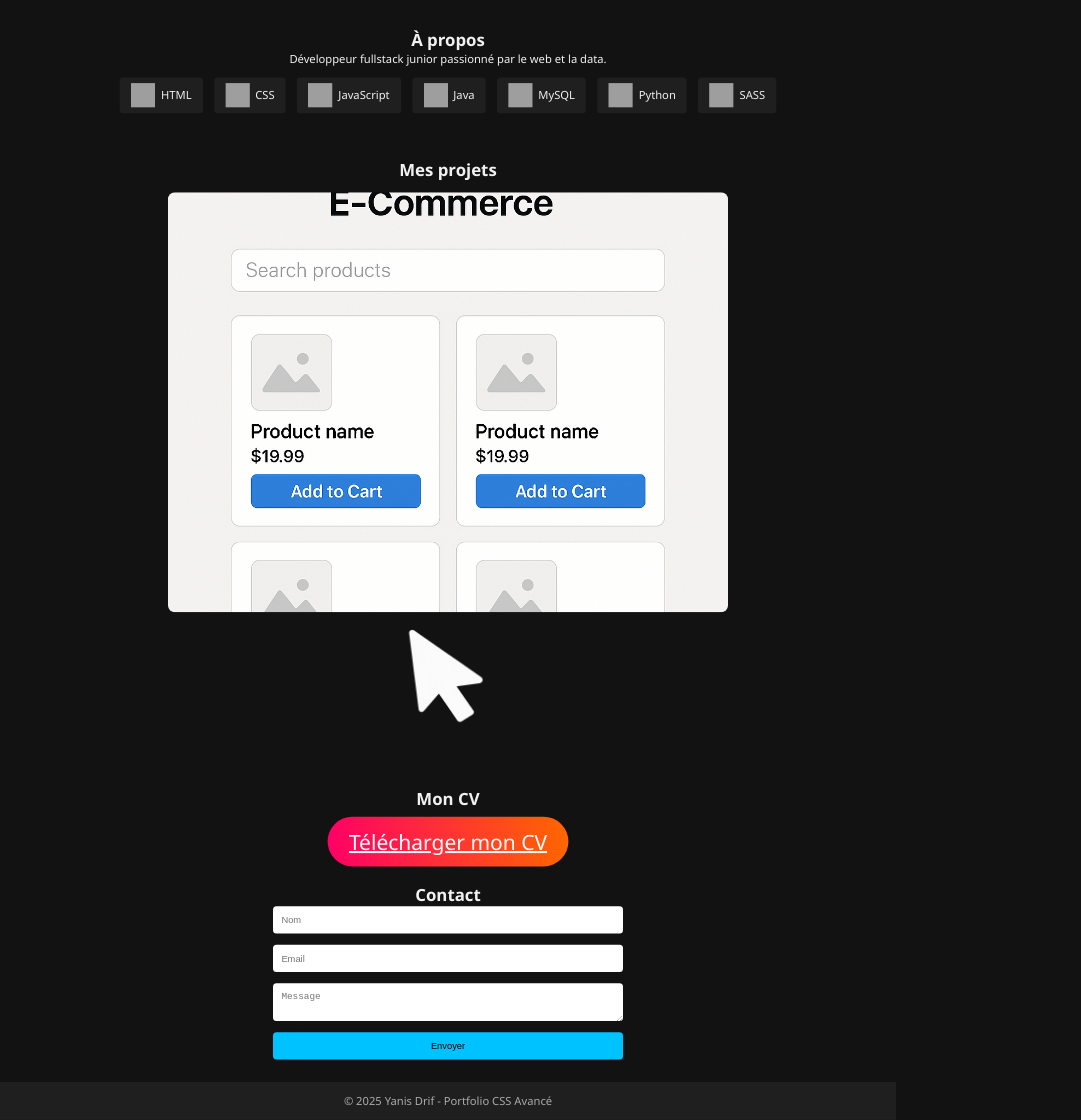
Repository: Yxniiss/ProjetCssAvance
Page: OneDrive/Bureau/Portfolio DrifYanis/home.html
These files come from the project's save history. The page is drawn as it stood at one moment and after the next save; the edit follows.
The browser window is 1280 px wide. The page is 1544 px wide, so the pictures cover 1544 px, including what lies to the right of the window. The pictures show the part of the page from y = 824 to 2424 px (the page is 2424 px tall), at 70% of full size.
Pictures or frames that could not be fetched are drawn as grey boxes.

Above is the page before, as saved 2025-04-10 11:36:18.
Console error: TypeError: Cannot set properties of null (setting 'textContent')

### OneDrive/Bureau/Portfolio DrifYanis/home.html
<!DOCTYPE html>
<html lang="fr">
<head>
  <meta charset="UTF-8" />
  <meta name="viewport" content="width=device-width, initial-scale=1.0" />
  <title>Portfolio - Yanis Drif</title>
  <link rel="stylesheet" href="/style.css" />
  <script defer src="/script.js"></script>
</head>
<body>
  <nav class="navbar">
    <div class="logo">Yanis Drif</div>
    <ul class="nav-links">
      <li><a href="#apropos">À propos</a></li>
      <li><a href="#projets">Projets</a></li>
      <li><a href="#cv">CV</a></li>
      <li><a href="#contact">Contact</a></li>
    </ul>
  </nav>

  <header class="hero">
    <img src="/image/IMG_0965 (2).jpeg" alt="Photo de profil" class="hero__image" />
    <div class="hero__content">
      <h1 class="hero__name">Yanis Drif</h1>
      <p class="hero__tagline">Développeur <span>Web</span> & Passionné de Data</p>
      <p class="hero__desc">Musique 🎧 | Jeux Vidéo 🎮 | Basket 🏀</p>
      <a href="#projets" class="btn">Voir mes projets</a>
    </div>
  </header>

  <section id="apropos" class="section about">
    <h2>À propos</h2>
    <p>Développeur fullstack junior passionné par le web et la data.</p>
    <div class="skills">
      <div class="skill"><img src="https://devicon-website.vercel.app/api/html5/original-wordmark.svg" alt="HTML">HTML</div>
      <div class="skill"><img src="https://devicon-website.vercel.app/api/css3/original-wordmark.svg" alt="CSS">CSS</div>
      <div class="skill"><img src="https://devicon-website.vercel.app/api/javascript/original.svg" alt="JavaScript">JavaScript</div>
      <div class="skill"><img src="https://devicon-website.vercel.app/api/java/original-wordmark.svg" alt="Java">Java</div>
      <div class="skill"><img src="https://devicon-website.vercel.app/api/mysql/plain-wordmark.svg" alt="MySQL">MySQL</div>
      <div class="skill"><img src="https://devicon-website.vercel.app/api/python/original-wordmark.svg" alt="Python">Python</div>
      <div class="skill"><img src="https://devicon-website.vercel.app/api/sass/original.svg" alt="SASS">SASS</div>
    </div>
  </section>

  <section id="projets" class="section projets">
    <h2>Mes projets</h2>
    <div class="projects carousel">
      <img src="image/ChatGPT Image 10 avr. 2025, 11_03_09.png" alt="Projet 1"/>
      <img src="/image/ChatGPT Image 10 avr. 2025, 11_09_31.png" alt="Projet 2" />
      <img src="/image/ChatGPT Image 10 avr. 2025, 11_11_38.png" alt="Projet 3" />
    </div>
    <div class="cursor2">
      <img src="/image/fecd8f8b-00be-49a2-b5b1-3fb5a8c2059e.png">
    </div>
  </section>

  <section id="cv" class="section cv">
    <h2>Mon CV</h2>
    <a href="/doc/CV Yanis (1) (1).pdf" download class="btn2">Télécharger mon CV</a>
  </section>

  <section id="contact" class="section contact">
    <h2>Contact</h2>
    <form class="contact-form">
      <input type="text" placeholder="Nom" required />
      <input type="email" placeholder="Email" required />
      <textarea placeholder="Message" required></textarea>
      <button type="submit">Envoyer</button>
    </form>
  </section>

  <footer>
    <p>&copy; 2025 Yanis Drif - Portfolio CSS Avancé</p>
  </footer>
</body>
</html>

### OneDrive/Bureau/Portfolio DrifYanis/style.css
* {
    margin: 0;
    padding: 0;
    box-sizing: border-box;
  }

  body {
    font-family: "Segoe UI", sans-serif;
    background-color: #121212;
    color: #f1f1f1;
  }


  .navbar {
    display: flex;
    justify-content: space-between;
    padding: 1rem 2rem;
    background-color: #1f1f1f;
  }

  .nav-links {
    display: flex;
    list-style: none;
    gap: 1.5rem;
  }

  .nav-links a {
    color: #00c2ff;
    text-decoration: none;
  }

  .hero {
    padding: 3rem 1rem;
    text-align: center;

  }

  .hero__name{
    position: relative;
    left: 280px;
    bottom:500px;

  }

  .hero__tagline{
    position: relative;
    left:280px;
    bottom:490px;
  }

  .hero__desc{
    position: relative;
    left:280px;
    bottom:490px;}

  .hero__image {
    border-radius: 25%;
    width: 400px;
    border: 1px solid #ffffff;
    margin-bottom: 1rem;
    position: relative;
    right:500px ;
  }

  .section {
    padding: 2rem 1rem;
    text-align: center;
  }

  .projects {
    display: flex;
    justify-content: center;
    gap: 1rem;
    flex-wrap: wrap;
    margin-top: 1rem;
  }

  .projects img {
    width: 800px;
    height: 600px;
    -o-object-fit: cover;
       object-fit: cover;
    border-radius: 10px;
  }

  .cursor2 img{
    width: 180px;
  }

  .skills {
    display: flex;
    flex-wrap: wrap;
    gap: 1rem;
    justify-content: center;
    margin-top: 1rem;
  }

  .skill {
    display: flex;
    align-items: center;
    gap: 0.5rem;
    background-color: #1f1f1f;
    padding: 0.5rem 1rem;
    border-radius: 5px;
    transition: 0.3s ease, opacity 0.3s ease;
  }

  .skill:hover{
    transform: scale(1.2);
    opacity: 0.8;
  }

  .skill img {
    width: 35px;
    height: 35px;
  }

  footer {
    padding: 1rem;
    text-align: center;
    background-color: #1f1f1f;
    color: #aaa;
  }

  .btn {
    padding: 15px 30px;
    font-size: 30px;
    position: relative;
    left: 300px;
    bottom:150px;
    color:white;
    background: linear-gradient(90deg, #ff0066, #ff6600);
    border:none;
    border-radius: 50px;
    cursor: pointer;
    box-shadow: 0 4px 15px rgba(255,0,102,0);
    transition: box-shadow 0.3s ease, transform 0.3s ease;
  }

  .btn:hover{
    box-shadow: 0 10px 20px rgba(255,0,102,0.5);
    transform: translateY(-3px);
  }

  .btn2 {
    padding: 15px 30px;
    font-size: 30px;
    position: relative;
    left: 0px;
    top:25px;
    color:white;
    background: linear-gradient(90deg, #ff0066, #ff6600);
    border:none;
    border-radius: 50px;
    cursor: pointer;
    box-shadow: 0 4px 15px rgba(255,0,102,0);
    transition: box-shadow 0.3s ease, transform 0.3s ease;
  }

  .btn2:hover{
    box-shadow: 0 10px 20px rgba(255,0,102,0.5);
    transform: translateY(-3px);
  }


  .contact-form {
    max-width: 500px;
    margin: auto;
    display: flex;
    flex-direction: column;
    gap: 1rem;
  }

  .contact-form input,
  .contact-form textarea {
    padding: 0.75rem;
    border: none;
    border-radius: 5px;
  }

  .contact-form button {
    background-color: #00c2ff;
    color: #000;
    padding: 0.75rem;
    border: none;
    border-radius: 5px;
    cursor: pointer;
  }

  .start h1{
    text-align: left;
    margin-top: 100px;
    font-size: 35px;
    margin-left: 100px;
  }

  .start h2{
    text-align: left;
    margin-top: 1px;
    font-size: 70px;
    margin-left: 100px;
  }

  .start h3{
    text-align: left;
    margin-top: 1px;
    font-size: 35px;
    margin-left: 100px;
  }

  #mot {
    color:#00c2ff;
  }

  #cursor{
    display: inline-block;
    width: 10px;
    background-color:black;
    animation: blink 0.8s step-end infinite;
  }

  @keyframes blink{
    50% {
      opacity: 0;
    }
  }

  @keyframes typing{
    from{
      width: 0;
    }
    to{
      width: 100%;
    }
  }

  #main{
    opacity: 0;
    transform: translateY(0);
    transition: opacity 5s ease, transform 5s ease;
  }

  body.loaded #main{
    opacity: 1;
    transform: translateY(0);
  }


  .start p{
    text-align: left;
    margin-left: 100px;
    margin-top: 20px;
    font-size: 20px;
  }

  .ntwrks {
    position: absolute;
    top: 410px;
    left: 110px;
    display: flex;
    flex-wrap: wrap;
    gap: 1rem;
  }

  .ntwrk {
    display: flex;
    align-items: center;
    gap: 0.5rem;
    background-color: #1f1f1f;
    padding: 1rem 1rem;
    border-radius: 100px;
    transition: 0.3s ease, opacity 0.3s ease;
  }

  .ntwrk:hover{
    transform: scale(1.2);
    opacity: 0.8;
  }

  .ntwrk img {
    width: 30px;
    height: 30px;
  }

  .modern-button{
    background-color:#00c2ff;
    font-size: 16px;
    font-weight: bold;
    border:none;
    padding: 15px 30px;
    border-radius: 25px;
    cursor: pointer;
    outline: none;
    position: relative;
    right:550px;
    top:120px;
    animation:glow 1.5s infinite alternate;
    transition: 0.3s ease, opacity 0.3s ease;
  }

  .modern-button a{
    color:white;
    text-decoration: none;
  }

  .modern-button:hover{
    transform: scale(1.2);
    opacity: 1;
  }

  @keyframes glow{
    0%{
      box-shadow: 0 0 10px 5px rgba(0, 194, 255, 0.6), 0 0 20px 10px rgba(0, 194, 255, 0.4);
    }
    100%{
      box-shadow: 0 0 20px 10px rgba(0, 194, 255, 1), 0 0 30px 15px rgba(0, 194, 255, 0.8);
    }
  }

  .image{
    max-width: 30%;
    position: relative;
    bottom: 350px;
    left: 350px;
  }

### OneDrive/Bureau/Portfolio DrifYanis/script.js

document.addEventListener('DOMContentLoaded', () => {
    // Scroll fluide
    document.querySelectorAll('a[href^="#"]').forEach(anchor => {
      anchor.addEventListener('click', function (e) {
        e.preventDefault();
        const target = document.querySelector(this.getAttribute('href'));
        if (target) {
          target.scrollIntoView({ behavior: 'smooth' });
        }
      });
    });

    // Carrousel automatique
    const images = document.querySelectorAll('.carousel img');
    let currentIndex = 0;

    function showSlide(index) {
      images.forEach((img, i) => {
        img.style.display = i === index ? 'block' : 'none';
      });
    }

    function nextSlide() {
      currentIndex = (currentIndex + 1) % images.length;
      showSlide(currentIndex);
    }

    if (images.length > 0) {
      showSlide(currentIndex);
      setInterval(nextSlide, 3000); // change every 3 seconds
    }
  });

  const mot = ["Etudiant", "Developpeur web", "Pasionné de code","Developpeur fullstack"];
  let index = 0;
  const element = document.getElementById("mot");
  const cursor = document.getElementById("cursor");

  let typingInterval;
  let currentWord = "";
  let currentCharIndex = 0;

  function  commencerTypingAnimation(){
    currentWord=mot[index];
    currentCharIndex = 0;
    element.textContent = '';

    typingInterval = setInterval(() =>{
      element.textContent += currentWord.charAt(currentCharIndex);
      currentCharIndex++;

      if(currentCharIndex === currentWord.length){
        clearInterval(typingInterval);
        setTimeout(changerMot,1000);
      }
    },150);
  }

  function changerMot(){
    element.textContent=mot[index];
    index++;
    if(index===mot.length){
      index=0;
    }
    commencerTypingAnimation();
  }
  commencerTypingAnimation();

  window.addEventListener('load', function () {
    document.body.classList.add('loaded');
  });

After the next save:
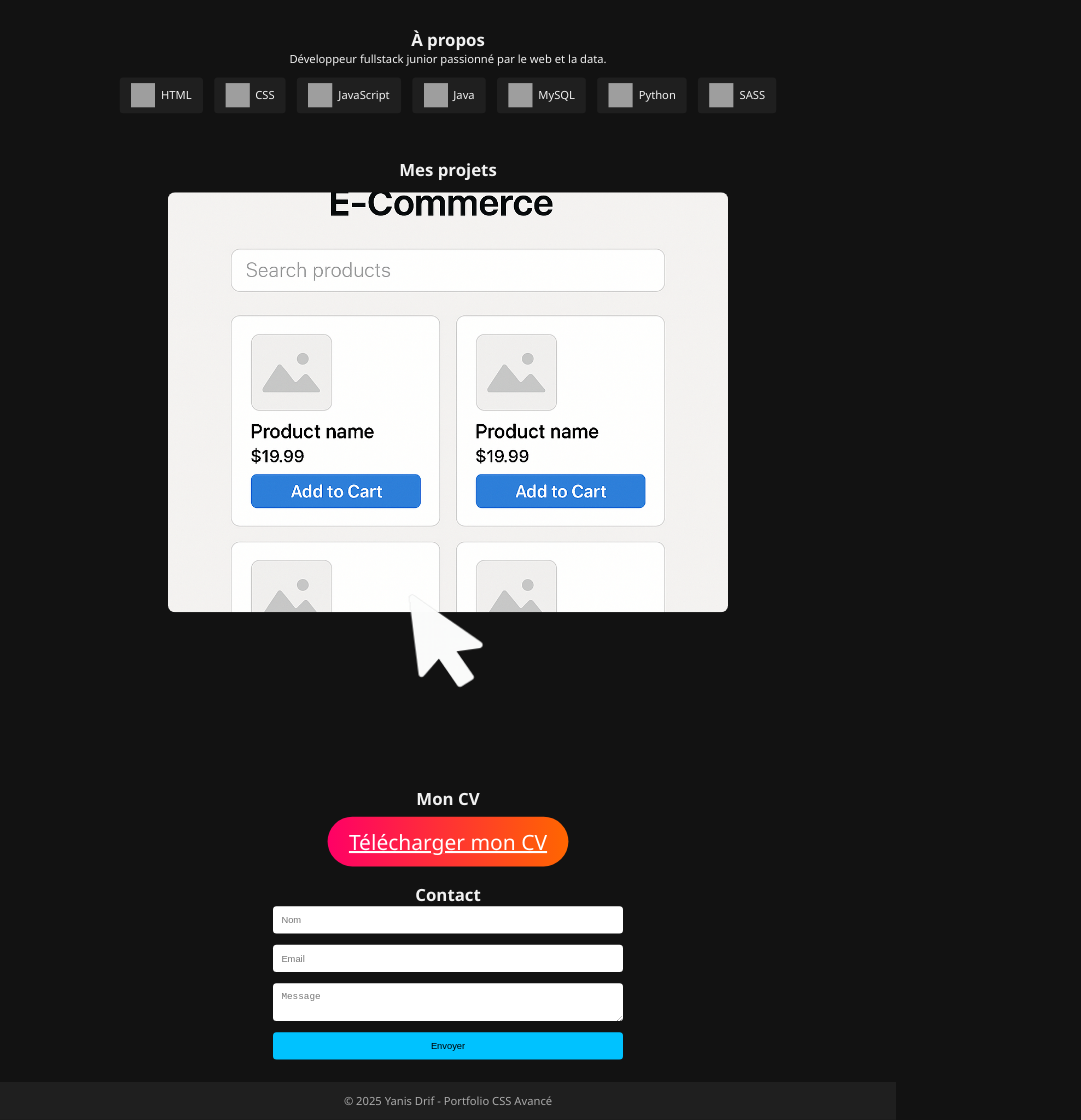
Saved 32 s later.
--- a/OneDrive/Bureau/Portfolio DrifYanis/style.css
+++ b/OneDrive/Bureau/Portfolio DrifYanis/style.css
@@ -85,6 +85,9 @@
 
   .cursor2 img{
     width: 180px;
+    position:relative;
+    bottom:50px
+
   }
 
   .skills {
